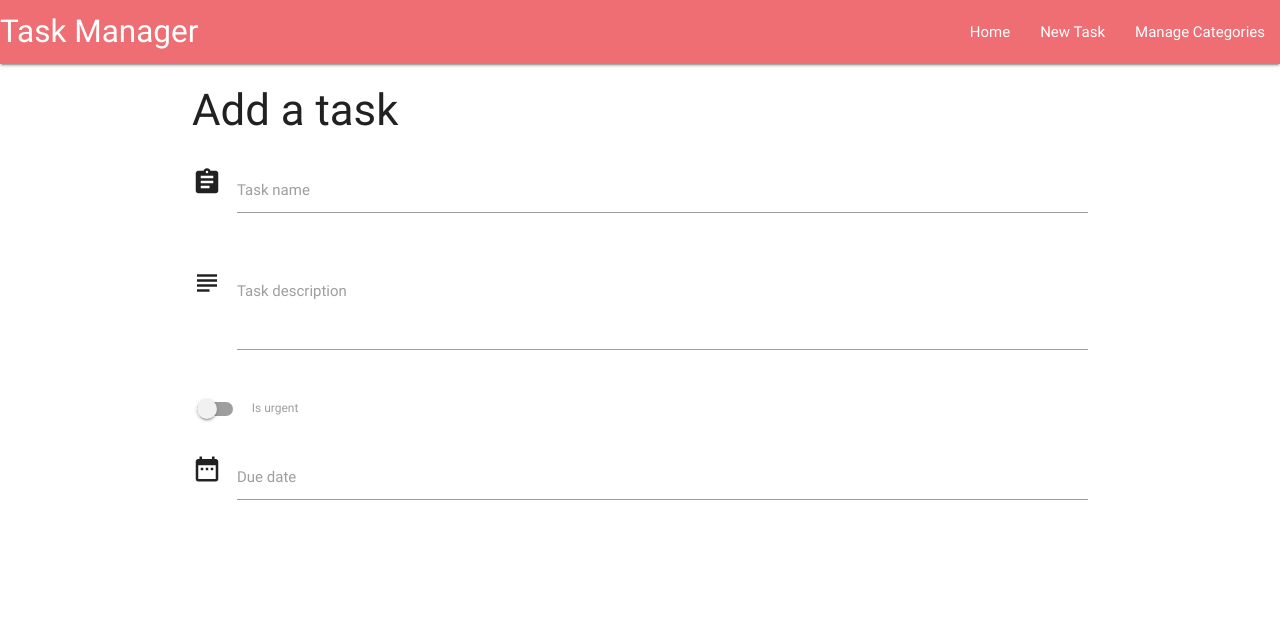
Repository: ivarsaris/Task-manager
Page: templates/addtask.html
The author's editor kept a record of every edit. The page is drawn from the files as they stood at one moment, then again after the next edit.
The browser window is 1280 px wide. The pictures show the whole page.
The page is served by the project's application, run on Flask 3 (app.py). The template is opened directly, without the code that normally fills it, so the values that code supplies are empty.

Above is the page before.

### templates/addtask.html
{% extends 'base.html' %} {% block content %}

<h3>Add a task</h3>
<div class="row">
    <form action='' method='POST' class="col s12">
        <div class="row">
            <div class="input-field col s12">
                <i class="material-icons prefix">assignment</i>
                <input id="task_name" name="task_name" type="text">
                <label for="icon_prefix">Task name</label>
            </div>
        </div>
        <div class="row">
            <div class="input-field col s12">
                <i class="material-icons prefix">subject</i>
                <textarea name='task_description' id='task_description' class='materialize-textarea'></textarea>
                <label for="icon_telephone">Task description</label>
            </div>
        </div>
        <div class="row">
            <div class="switch">
                <label>
                  <input id='is_urgent' name='is_urgent' type="checkbox">
                  <span class="lever"></span>
                  Is urgent
                </label>
            </div>
        </div>
        <div class="row">
            <div id='matfix' class="input-field col s12">
                <i class="material-icons prefix">date_range</i>
                <input id="due_date" name="due_date" type="text" class="datepicker">
                <label for="icon_prefix">Due date</label>
            </div>
        </div>
    </form>
</div>

{% endblock %}

### templates/base.html
<!DOCTYPE html>
<html lang="en">

<head>
    <link href="https://fonts.googleapis.com/icon?family=Material+Icons" rel="stylesheet">
    <link rel="stylesheet" href="https://cdnjs.cloudflare.com/ajax/libs/materialize/0.100.2/css/materialize.min.css">
    <link rel="stylesheet" href="{{url_for('static', filename='css/style.css')}}" type="text/css" />
</head>

<body>
    <header>
        <nav>
            <div class="nav-wrapper">
                <a href="{{url_for('get_tasks')}}" class="brand-logo">Task Manager</a>
                <a href="#" data-activates="mobile-demo" class="button-collapse"><i class="material-icons">menu</i></a>
                <ul id="nav-mobile" class="right hide-on-med-and-down">
                    <li><a href="{{url_for('get_tasks')}}">Home</a></li>
                    <li><a href="{{url_for('add_task')}}">New Task</a></li>
                    <li><a href="{{url_for('get_categories')}}">Manage Categories</a></li>
                </ul>
                <ul class="side-nav" id="mobile-demo">
                    <li><a href="{{url_for('get_tasks')}}">Home</a></li>
                    <li><a href="{{url_for('add_task')}}">New Task</a></li>
                    <li><a href="{{url_for('get_categories')}}">Manage Categories</a></li>
                </ul>
            </div>
        </nav>
    </header>
    <div class="container">
        {% block content %} {% endblock %}
    </div>
    <script src="https://cdnjs.cloudflare.com/ajax/libs/jquery/3.4.1/jquery.min.js"></script>
    <script src="https://cdnjs.cloudflare.com/ajax/libs/materialize/0.100.2/js/materialize.min.js"></script>
    <script type="text/javascript">
        $(document).ready(function() {
            $('.collapsible').collapsible();
            $('select').material_select();
        });

        $('.datepicker').pickadate({
            selectMonths: true, // Creates a dropdown to control month
            selectYears: 15, // Creates a dropdown of 15 years to control year,
            today: 'Today',
            clear: 'Clear',
            close: 'Ok',
            closeOnSelect: false // Close upon selecting a date,
        });

        document.getElementById("matfix").addEventListener("click", function(e) {
            e.stopPropagation();
        });
    </script>
</body>

</html>

### app.py
import os
from flask import Flask

app = Flask(__name__)

@app.route('/')
def hello():
    return 'Hello world... again'

if __name__ == '__main__':
    app.run(host=os.environ.get('IP'),
    port=int(os.environ.get('PORT')),
    debug=True)

### static/css/style.css
.btn_small {
    height: 24px;
    width: 70px;
    line-height: 24px;
    margin: 5px 5px;
    padding: 0 0.5em;
}

.btn_blue {
    background-color: blue;
}

.task_header {
    margin-top: 5px;
}

After the next edit:
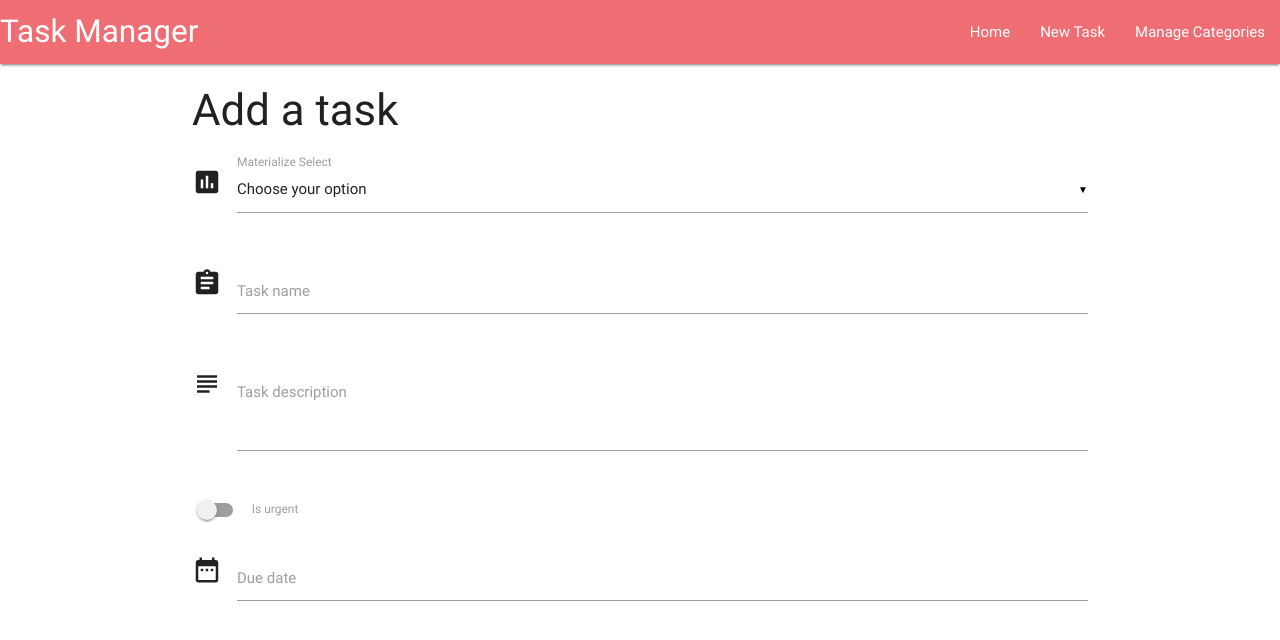
The edit:
--- a/templates/addtask.html
+++ b/templates/addtask.html
@@ -3,6 +3,18 @@
 <h3>Add a task</h3>
 <div class="row">
     <form action='' method='POST' class="col s12">
+        <div class="row">
+            <div class="input-field col s12">
+                <i class="material-icons prefix">insert_chart</i>
+                <select>
+                  <option value="" disabled selected>Choose your option</option>
+                  <option value="1">Option 1</option>
+                  <option value="2">Option 2</option>
+                  <option value="3">Option 3</option>
+                </select>
+                <label>Materialize Select</label>
+            </div>
+        </div>
         <div class="row">
             <div class="input-field col s12">
                 <i class="material-icons prefix">assignment</i>
